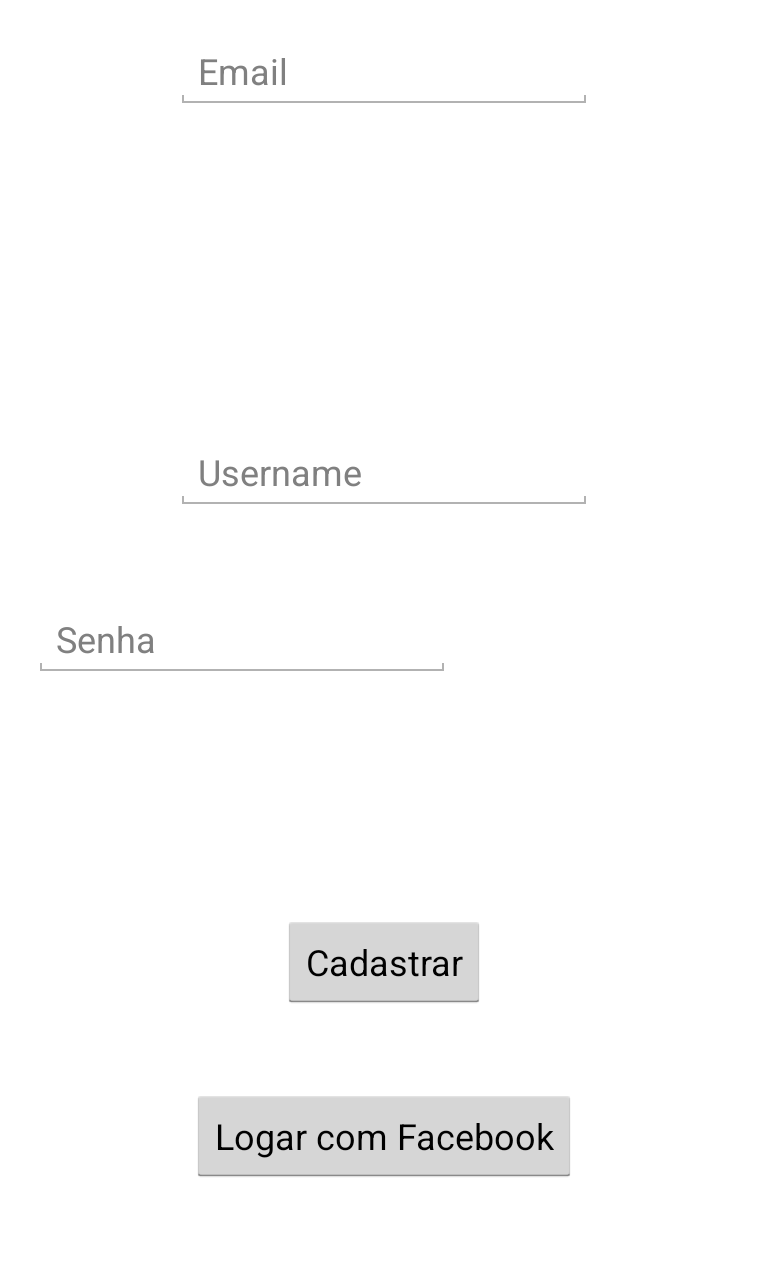
Repository: sergiofffilho/TrocandoIdeias
Layout: workspace/TrocandoIdeias/res/layout/activity_cadastro.xml
An editor plug-in stored every save of this project. The layout is shown before and after the next save, followed by the edit.
It is drawn on a 768 x 1280 px phone screen (xhdpi) without system bars, with theme AppTheme; the app's code is not run. The app's manifest (not shown) leaves right-to-left support off. So textAlignment, textDirection and layoutDirection are ignored, and left and right values win over start and end ones.

Above is the layout before, as saved 2015-04-25 20:45:30.

### workspace/TrocandoIdeias/res/layout/activity_cadastro.xml
<RelativeLayout xmlns:android="http://schemas.android.com/apk/res/android"
    xmlns:tools="http://schemas.android.com/tools"
    android:layout_width="match_parent"
    android:layout_height="match_parent"
    android:paddingBottom="@dimen/activity_vertical_margin"
    android:paddingLeft="@dimen/activity_horizontal_margin"
    android:paddingRight="@dimen/activity_horizontal_margin"
    android:paddingTop="@dimen/activity_vertical_margin"
    tools:context="ufc.quixada.trocandoideias.Cadastro" >

    <EditText
        android:id="@+id/email"
        android:layout_width="wrap_content"
        android:layout_height="wrap_content"
        android:layout_above="@+id/editText2"
        android:layout_centerHorizontal="true"
        android:layout_marginBottom="37dp"
        android:ems="10"
        android:hint="@string/email"
        android:inputType="textEmailAddress" />

    <EditText
        android:id="@+id/username"
        android:layout_width="wrap_content"
        android:layout_height="wrap_content"
        android:layout_above="@+id/editText3"
        android:layout_centerHorizontal="true"
        android:layout_marginBottom="44dp"
        android:ems="10"
        android:hint="@string/usernameCadastro" />

    <Button
        android:id="@+id/button2"
        android:layout_width="wrap_content"
        android:layout_height="wrap_content"
        android:layout_alignParentBottom="true"
        android:layout_centerHorizontal="true"
        android:layout_marginBottom="32dp"
        android:text="@string/facebook" />

    <Button
        android:id="@+id/button1"
        android:layout_width="wrap_content"
        android:layout_height="wrap_content"
        android:layout_above="@+id/button2"
        android:layout_centerHorizontal="true"
        android:layout_marginBottom="39dp"
        android:text="@string/cadastro" />

    <EditText
        android:id="@+id/editText3"
        android:layout_width="wrap_content"
        android:layout_height="wrap_content"
        android:layout_alignStart="@+id/editText2"
        android:layout_centerVertical="true"
        android:ems="10"
        android:hint="@string/senha" />

</RelativeLayout>

### workspace/TrocandoIdeias/res/values/strings.xml
<?xml version="1.0" encoding="utf-8"?>
<resources>

    <string name="app_name">TrocandoIdeias</string>
    <string name="hello_world">Hello world!</string>
    <string name="action_settings">Settings</string>
    <string name="username">Email ou Username</string>
    <string name="email">Email</string>
    <string name="usernameCadastro">Username</string>
    <string name="senha">Senha</string>
    <string name="logar">Logar</string>
    <string name="novoUsuario">Novo Usuário</string>
    <string name="facebook">Logar com Facebook</string>
    <string name="cadastro">Cadastrar</string>
    <string name="title_activity_cadastro">Cadastro</string>
    <string name="title_activity_add_projetos">AddProjetos</string>

</resources>

Loaded but not shown: workspace/TrocandoIdeias/res/values/styles.xml (common file); workspace/TrocandoIdeias/res/values-v11/styles.xml (common file); workspace/TrocandoIdeias/res/values-v14/styles.xml (common file); workspace/TrocandoIdeias/res/values/dimens.xml (common file); workspace/TrocandoIdeias/res/values-w820dp/dimens.xml (common file)

After the next save:
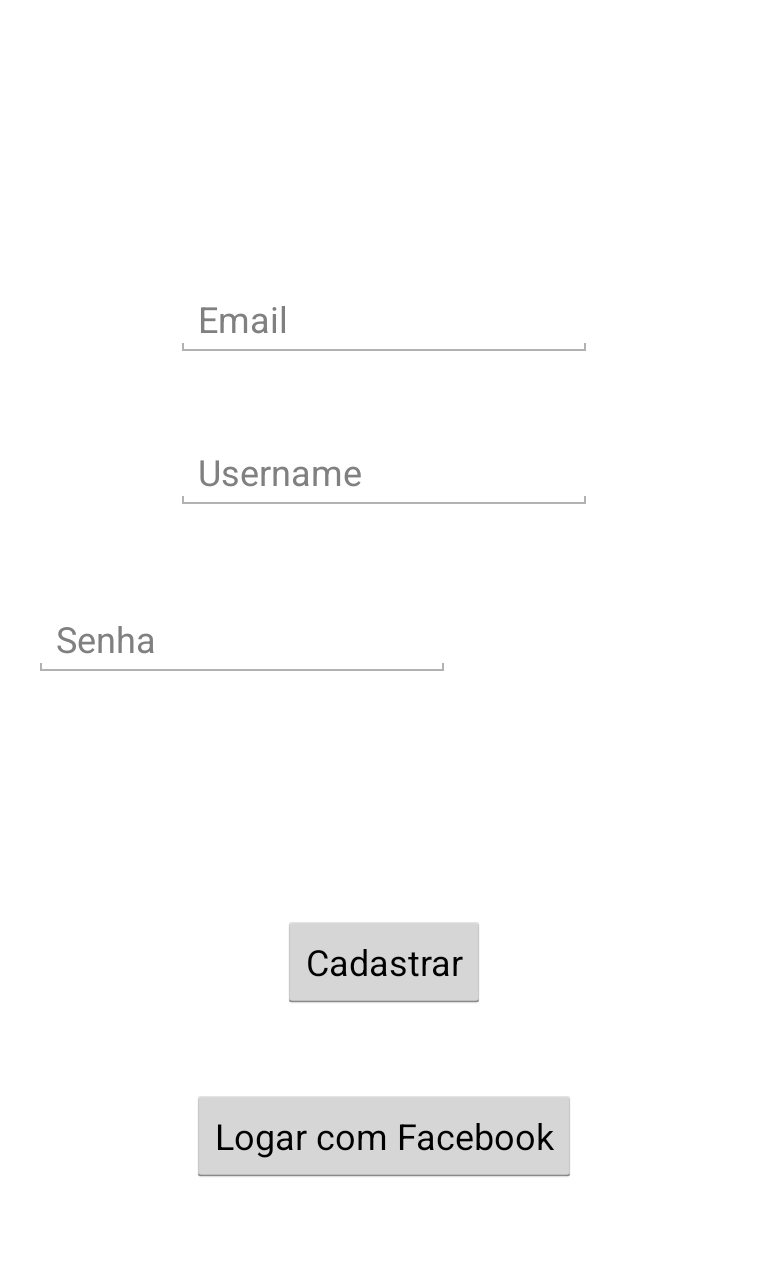
Saved 7 s later.
--- a/workspace/TrocandoIdeias/res/layout/activity_cadastro.xml
+++ b/workspace/TrocandoIdeias/res/layout/activity_cadastro.xml
@@ -12,7 +12,7 @@
         android:id="@+id/email"
         android:layout_width="wrap_content"
         android:layout_height="wrap_content"
-        android:layout_above="@+id/editText2"
+        android:layout_above="@+id/username"
         android:layout_centerHorizontal="true"
         android:layout_marginBottom="37dp"
         android:ems="10"
